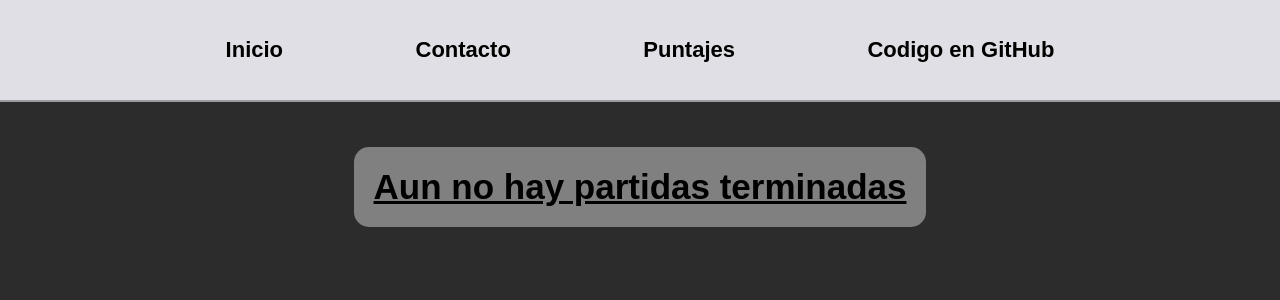
Repository: FacundoKinderknecht/FacundoKinderknecht_Wordle_Game_LPPA
Page: html/puntajes.html
An editor plug-in stored every save of this project. The page is shown before and after the next save, followed by the edit.
The browser window is 1280 px wide. The pictures show the whole page.

Above is the page before, as saved 2023-08-08 09:13:28.

### html/puntajes.html
<!DOCTYPE html>
<html lang="en">
    <head>
        <meta charset="UTF-8">
        <meta http-equiv="X-UA-Compatible" content="IE=edge">
        <meta name="viewport" content="width=device-width, initial-scale=1.0">

        <link rel="stylesheet" href="/css/reset.css">
        <link rel="stylesheet" href="/css/styles.css">
        <link rel="stylesheet" href="/css/puntajes.css">

        <script src="/js/puntajes.js"></script>

        <title>Puntajes</title>
    </head>
    <body>
        <header>
            <nav class="navbar">
                <a href="/index.html">Inicio</a>
                <a href="">Contacto</a>
                <a href="/html/puntajes.html">Puntajes</a>
                <a href="https://github.com/FacundoKinderknecht/FacundoKinderknecht_Wordle_Game_LPPA" target="_blank">Codigo en GitHub</a>
            </nav>
        </header>
        <h2 class="hidden" id="title"></h2>
        <div class="table-container">
            <p class="hidden" id="loading-text">Cargando</p>
            <table id="table">
                <thead id="encabezado"></thead>
                <tbody id="contenido"></tbody>
            </table>
        </div>
    </body>
</html>

### css/reset.css
/* http://meyerweb.com/eric/tools/css/reset/
   v2.0 | 20110126
   License: none (public domain)
*/

html, body, div, span, applet, object, iframe,
h1, h2, h3, h4, h5, h6, p, blockquote, pre,
a, abbr, acronym, address, big, cite, code,
del, dfn, em, img, ins, kbd, q, s, samp,
small, strike, strong, sub, sup, tt, var,
b, u, i, center,
dl, dt, dd, ol, ul, li,
fieldset, form, label, legend,
table, caption, tbody, tfoot, thead, tr, th, td,
article, aside, canvas, details, embed,
figure, figcaption, footer, header, hgroup,
menu, nav, output, ruby, section, summary,
time, mark, audio, video {
	margin: 0;
	padding: 0;
	border: 0;
	font-size: 100%;
	font: inherit;
	vertical-align: baseline;
}

### css/styles.css
body{
    font-family: Arial, Helvetica, sans-serif;
    background-color: rgba(0, 0, 0, 0.827);
    display:flex;
    align-items: center;
    flex-direction: column;
}

header{
    width: 100%;
    height: 100px;
    margin-bottom: 15px;
    display: flex;
    justify-content: justify-content;
    align-items: center;
    background-color: rgba(248, 248, 255, 0.874);
    border-bottom: 2px solid rgb(87, 87, 87, 0.49);
}

header nav{
    display:flexbox;
    justify-content: justify-content;
    align-items:center;
    text-align: center;
    width: 100%;
}

header nav a{
    text-decoration: none;
    align-items:center;
    font-weight: bold;
    font-size: 22px;
    color: black;
    margin: 5%;
}

.hidden {
    display:none;
}

### css/puntajes.css
.table-container{
    margin: auto;
    margin-top: 15px;
    width: 950px;
    display:flex;
    flex-direction: column;
    align-items: center;
}

h2{
    background-color: grey;
    padding: 20px;
    border-radius: 15px;
    color:black;
    text-decoration-line:underline;
    font-size: 35px;
    font-weight: 700;
    margin: auto;
    margin-top: 30px;
}

table{
    text-align: left;
    background-color: rgba(211, 211, 211, 0.959);
    border-collapse: collapse;
    width: 100%;
    margin-top: 20px;
}

th,td{
    padding: 10px;
    border: solid 1px black;
}

thead{
    font-weight: 700;
    background-color: black;
    border-bottom: solid 5px black;
    color:white;
}

tr:nth-child(even){
    background-color: rgb(185, 184, 184);
}

tr:hover td{
    background-color: white;
    color:var(--celesteClaro);
    cursor:pointer;
}

#text{
    color:var(--blanco);
    font-size: 25px;
    font-weight: 700;
    margin-top: 25px;
}

### js/puntajes.js
function getElements() {
    lblLoading = document.getElementById("loading-text")
    title = document.getElementById("title")
    if (localStorage.finishedGames == null) {
        finishedGames = null
    } else {
        finishedGames = JSON.parse(localStorage.finishedGames)
    }
}

window.onload = () => {
    getElements()

    setTimeout(fillTable, 500)
}

//crea la tabla y la llena con la informacion del local storage
function fillTable() {
    if (finishedGames == null) {
        title.classList.toggle("hidden",false)
        title.innerHTML = "Aun no hay partidas terminadas"
    } else {
    lblLoading.classList.toggle("hidden",true)
    title.classList.toggle("hidden",true)
    let head = `
    <tr><th>Nombre</th>
    <th>Palabra</th>
    <th>Fecha</th>
    <th>Tiempo</th>
    <th>Cantidad de intentos</th></tr>`;
    let body = "";
    for (let i = 0; i < finishedGames.length; i++) {
        body += `
        <tr><td>${finishedGames[i].user}</td>
        <td>${finishedGames[i].rightGuessString.toUpperCase()}</td>
        <td>${finishedGames[i].hour}</td>
        <td>${finishedGames[i].mins.toString().padStart(2,"0")}:${finishedGames[i].secs.toString().padStart(2,"0")}</td>
        <td>${finishedGames[i].numberOfAttempts}</td></tr>`;
    }
    document.getElementById("encabezado").innerHTML = head;
    document.getElementById("contenido").innerHTML = body;
    }
}

After the next save:
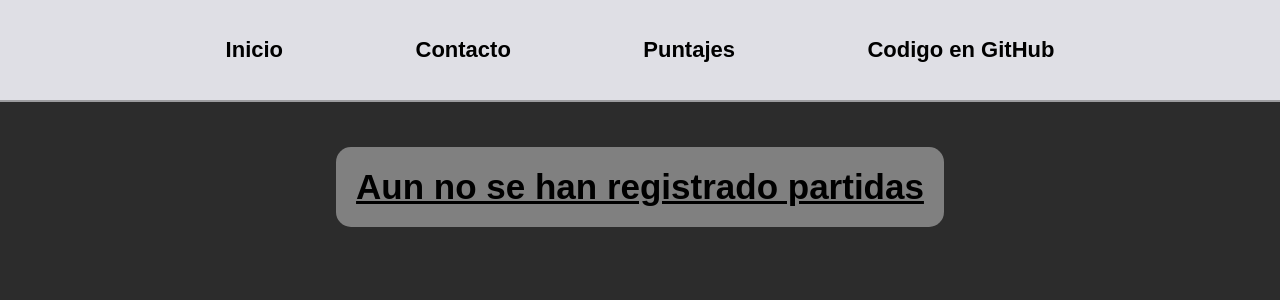
Saved 11 s later.
--- a/js/puntajes.js
+++ b/js/puntajes.js
@@ -18,7 +18,7 @@ window.onload = () => {
 function fillTable() {
     if (finishedGames == null) {
         title.classList.toggle("hidden",false)
-        title.innerHTML = "Aun no hay partidas terminadas"
+        title.innerHTML = "Aun no se han registrado partidas"
     } else {
     lblLoading.classList.toggle("hidden",true)
     title.classList.toggle("hidden",true)
